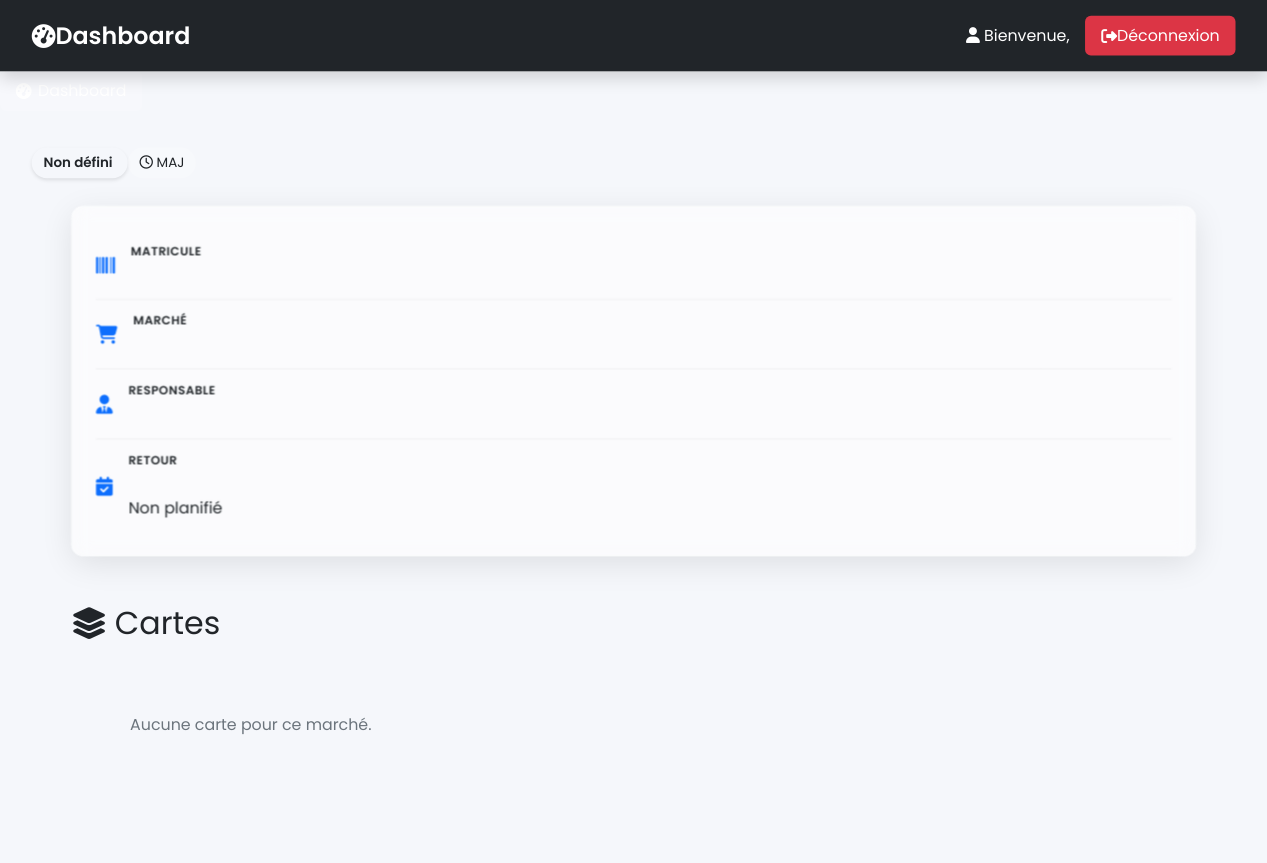
Repository: Andriatiana669/Retour_XP
Page: marches/templates/marches/description.html
These files come from the project's save history. The page is drawn as it stood at one moment and after the next save; the edit follows.
The browser window is 1280 px wide. The pictures show the whole page, at 99% of full size.
The page is served by the project's application, run on Django 5.2 (manage.py). The template is opened directly, without the code that normally fills it, so the values that code supplies are empty.

Above is the page before, as saved 2026-01-07 15:56:55.

After the next save:
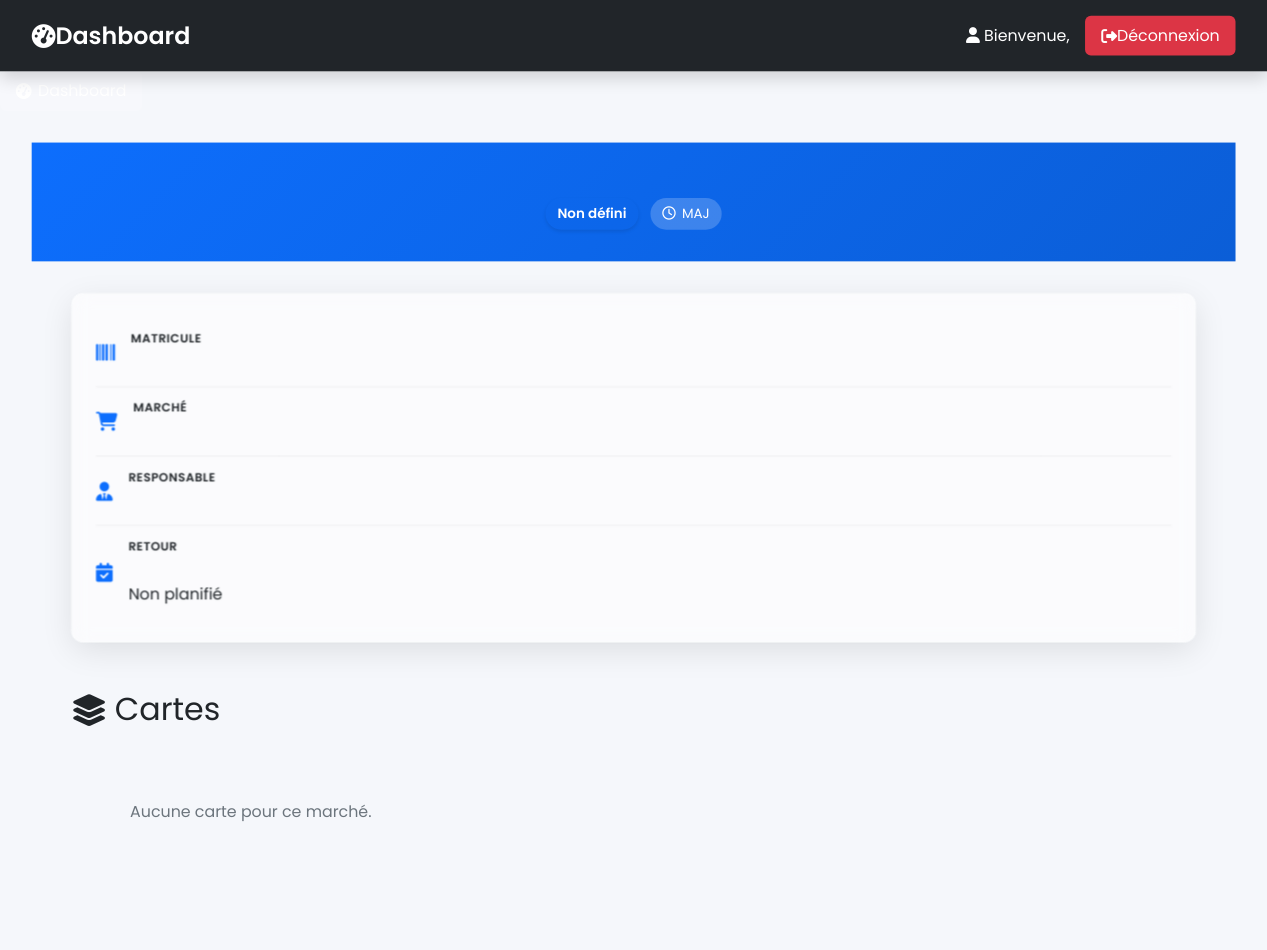
Saved 67 s later.
--- a/marches/static/marches/css/description.css
+++ b/marches/static/marches/css/description.css
@@ -137,6 +137,25 @@
 }
 .empty-cartes { text-align: center; padding: 3rem 0; color: #6c757d; }
 
+/* ---------- PAGE HEADER ---------- */
+.head-page {
+    background: linear-gradient(135deg, var(--primary) 0%, #0b5ed7 100%);
+    color: #fff;
+    padding: 2.5rem 2rem 2rem;
+    text-align: center;
+}
+.head-page h1 { margin: 0; font-size: 2rem; font-weight: 600; }
+.badges-line { display: flex; justify-content: center; gap: .75rem; margin-top: 1rem; flex-wrap: wrap; }
+.date-badge {
+    background: rgba(255, 255, 255, 0.2);
+    padding: .35rem .75rem;
+    border-radius: 50rem;
+    font-size: .85rem;
+    display: inline-flex;
+    align-items: center;
+    gap: .4rem;
+}
+
 /* ---------- RESPONSIVE ---------- */
 @media (max-width: 768px) {
     .hero { flex-direction: column; align-items: flex-start; }

After the save that followed:
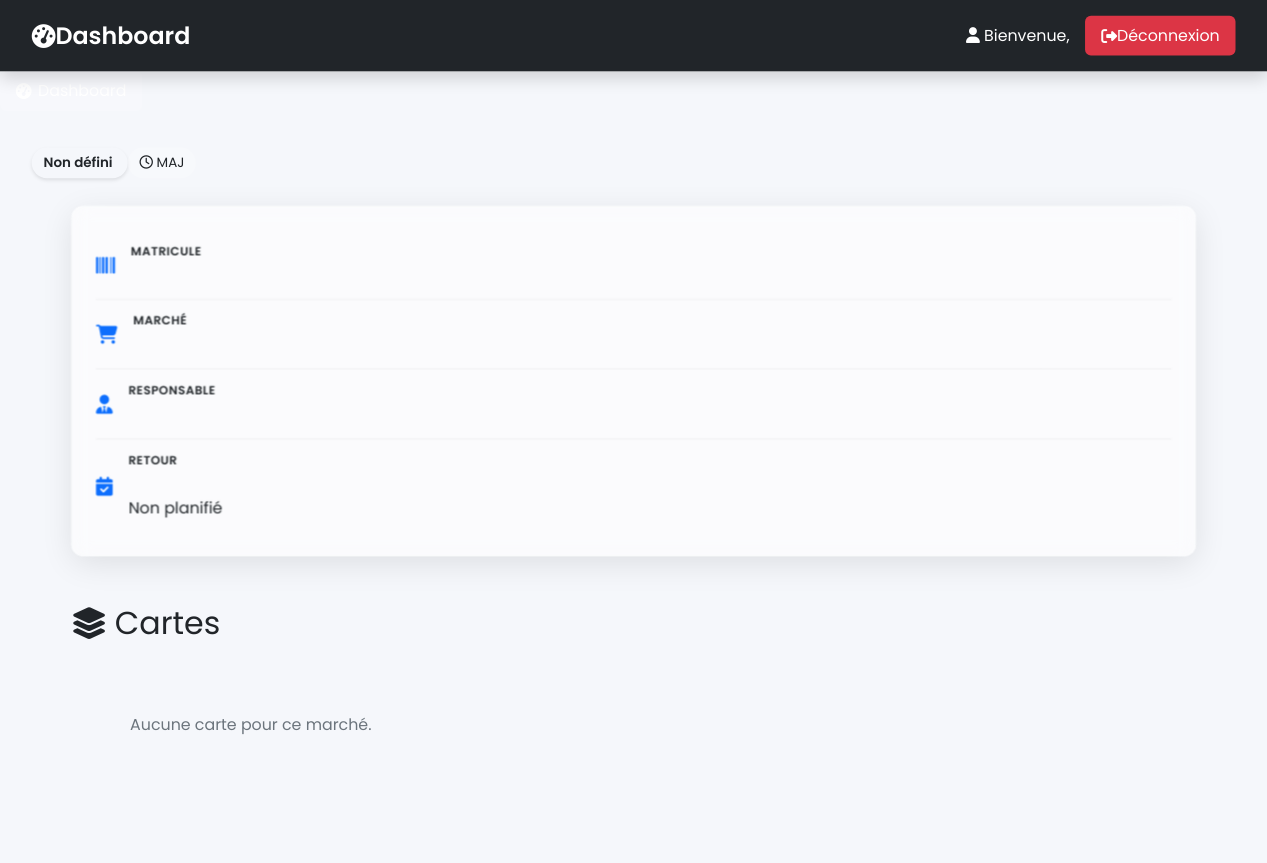
Saved 20 s later.
--- a/marches/static/marches/css/description.css
+++ b/marches/static/marches/css/description.css
@@ -137,24 +137,7 @@
 }
 .empty-cartes { text-align: center; padding: 3rem 0; color: #6c757d; }
 
-/* ---------- PAGE HEADER ---------- */
-.head-page {
-    background: linear-gradient(135deg, var(--primary) 0%, #0b5ed7 100%);
-    color: #fff;
-    padding: 2.5rem 2rem 2rem;
-    text-align: center;
-}
-.head-page h1 { margin: 0; font-size: 2rem; font-weight: 600; }
-.badges-line { display: flex; justify-content: center; gap: .75rem; margin-top: 1rem; flex-wrap: wrap; }
-.date-badge {
-    background: rgba(255, 255, 255, 0.2);
-    padding: .35rem .75rem;
-    border-radius: 50rem;
-    font-size: .85rem;
-    display: inline-flex;
-    align-items: center;
-    gap: .4rem;
-}
+
 
 /* ---------- RESPONSIVE ---------- */
 @media (max-width: 768px) {
